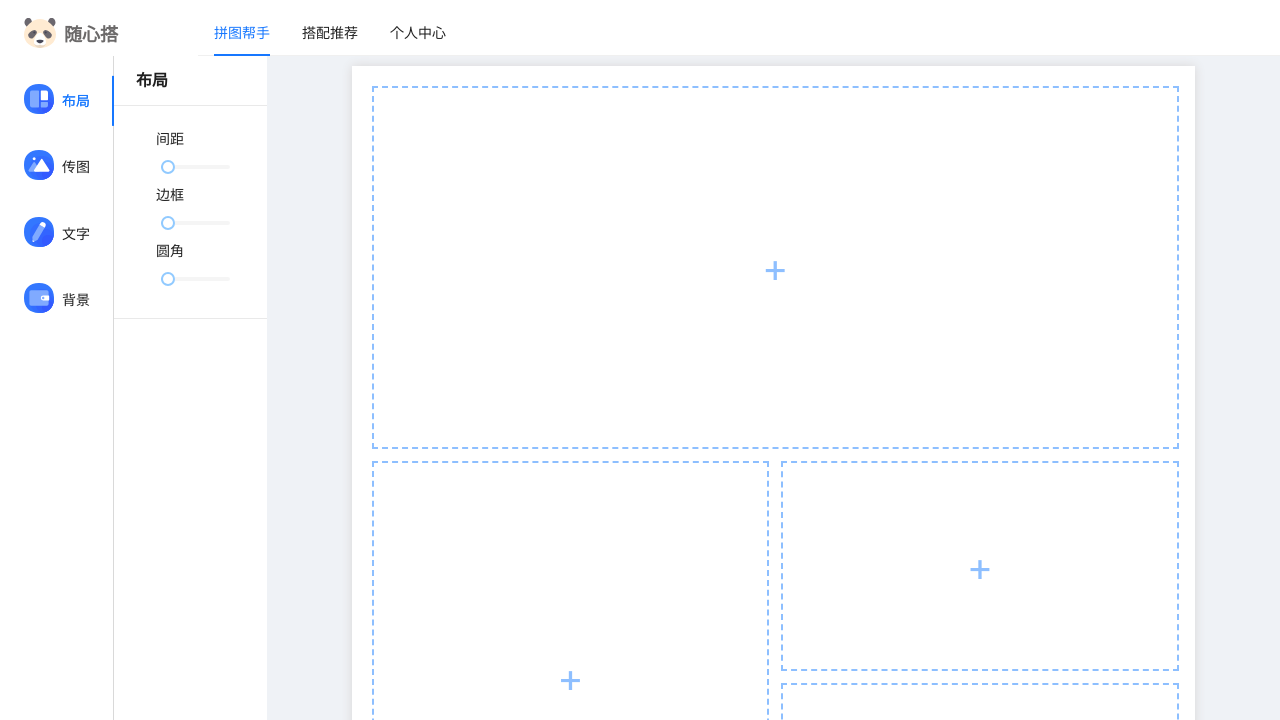
Repository: zzq1101921989/low-code
Page: /
An editor plug-in stored every save of this project. The page is shown before and after the next save, followed by the edit.
The browser window is 1280 px wide. The pictures show the whole page.
The project was rebuilt for these pictures with package versions that can differ from the ones it lists, and the page was loaded fresh each time. Also part of the build but not shown: vite.config.ts, src/pages/admin/index.tsx, src/components/icon/ClothesIcon.tsx, src/components/icon/HairIcon.tsx, src/components/icon/PantsIcon.tsx, src/components/icon/ShoeIcon.tsx, src/pages/recommend/index.tsx.

Above is the page before, as saved 2023-05-08 22:21:59.

After the next save:
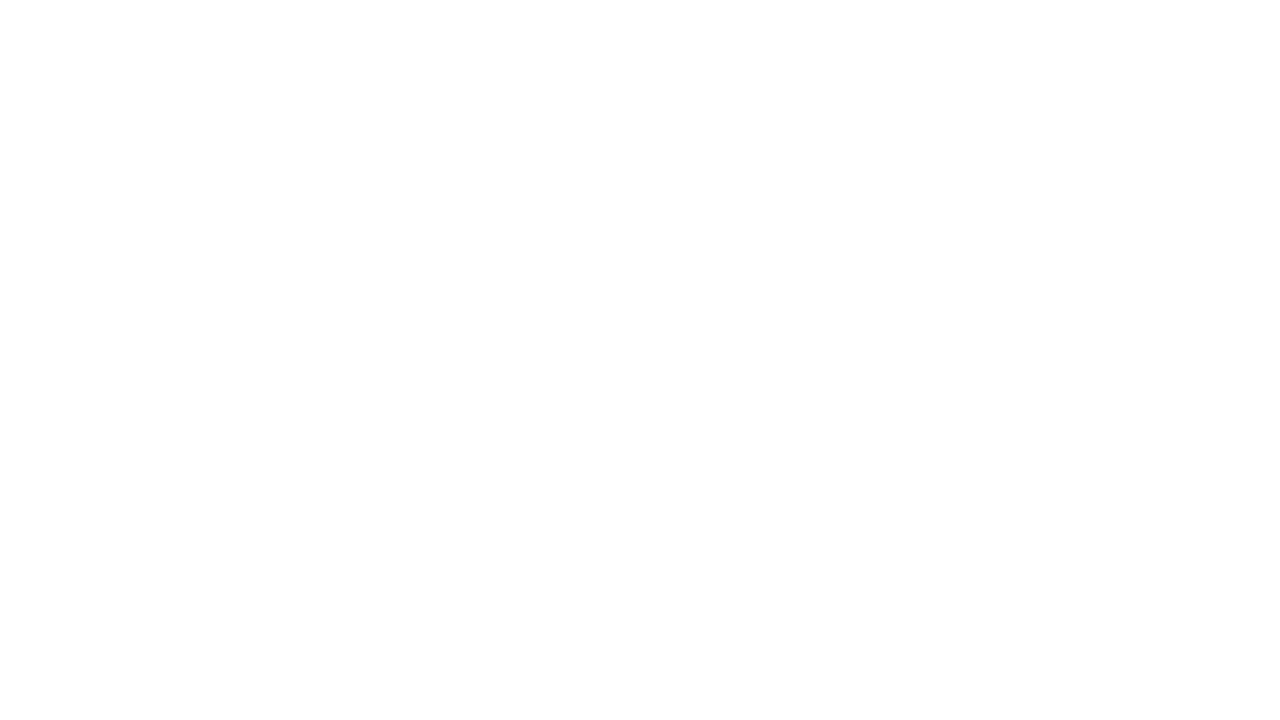
Console error: ReferenceError: ele is not defined
Saved 68 s later.
--- a/src/pages/home/features/DrawImage/index.tsx
+++ b/src/pages/home/features/DrawImage/index.tsx
@@ -1,11 +1,24 @@
 import { Col, Row } from "antd";
-import { FC } from "react";
+import { FC, useEffect, useRef } from "react";
 import { ItemBox } from "../../components";
 
 interface DrawImageProps {}
+
 const DrawImage: FC<DrawImageProps> = (props) => {
+
+  const ele = useRef<HTMLDivElement | null>(null);
+
+  useEffect(() => {
+    if (ele.current) {
+      ele.current.addEventListener("contextmenu", (e) => {
+        e.preventDefault();
+      });
+    }
+  }, []);
+
   return (
     <div
+      ref={ele}
       style={{
         width: "803px",
         height: "803px",
--- a/src/pages/home/components/ItemBox/index.tsx
+++ b/src/pages/home/components/ItemBox/index.tsx
@@ -1,20 +1,10 @@
-import { FC, memo, useEffect, useRef } from "react";
+import { FC, memo } from "react";
 import styles from "./index.module.less";
 
 interface ItemBoxProps {}
 
 const ItemBox: FC<ItemBoxProps> = (props) => {
   const {} = props;
-
-  const ele = useRef<HTMLDivElement | null>(null);
-
-  useEffect(() => {
-    if (ele.current) {
-      ele.current.addEventListener("contextmenu", (e) => {
-        e.preventDefault();
-      });
-    }
-  }, []);
 
   return (
     <div ref={ele} className={styles.itemBox}>

After the save that followed:
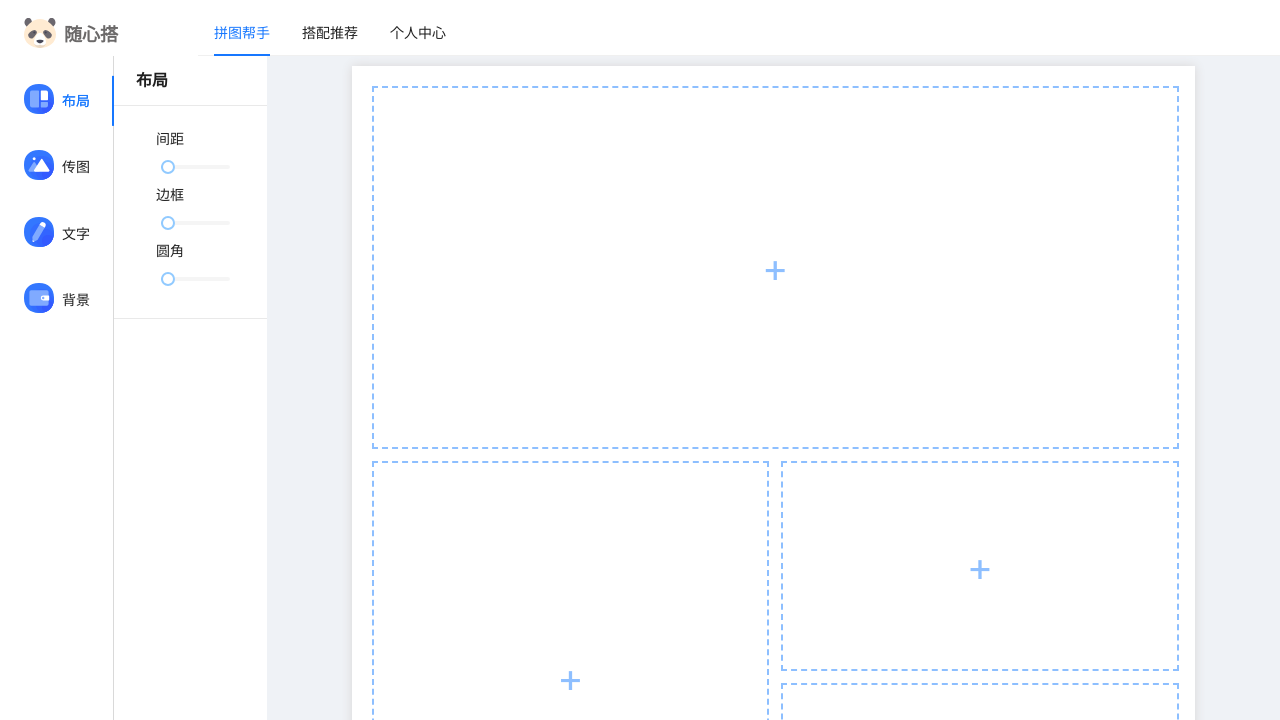
The error is gone.
Saved 9 s later.
--- a/src/pages/home/components/ItemBox/index.tsx
+++ b/src/pages/home/components/ItemBox/index.tsx
@@ -7,7 +7,7 @@
   const {} = props;
 
   return (
-    <div ref={ele} className={styles.itemBox}>
+    <div className={styles.itemBox}>
       <span className={styles.close}>
         <svg
           version="1.1"
